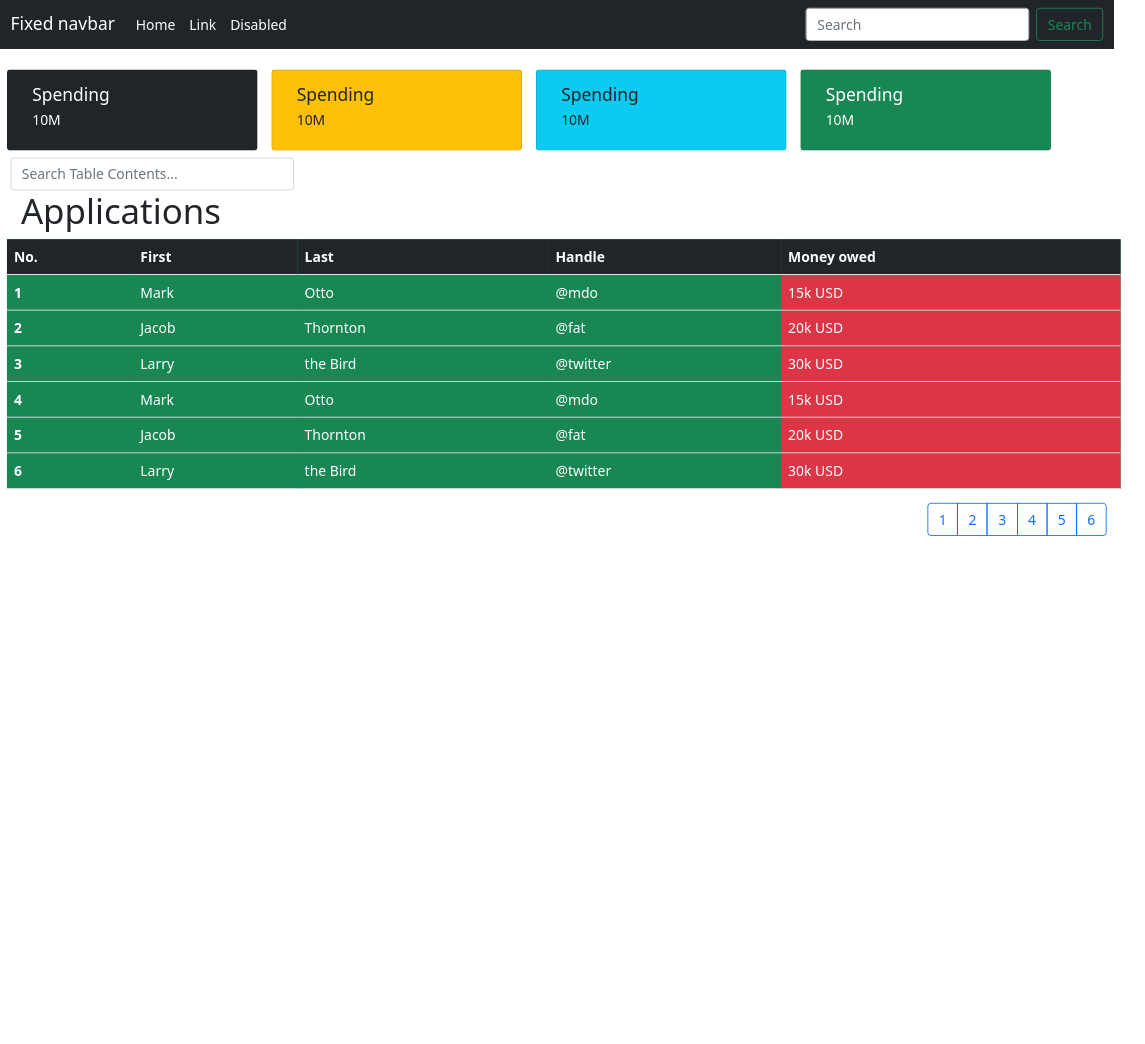
Repository: Dayvid0/BOOTSTRAP-TUTORIALS
Page: BOOTSTRAP-GRID-LAYOUTS/zylo.html
These files come from the project's save history. The page is drawn as it stood at one moment and after the next save; the edit follows.
The browser window is 1280 px wide. The page is 1316 px wide, so the pictures cover 1316 px, including what lies to the right of the window. The pictures show the whole page, at 87% of full size.

Above is the page before, as saved 2025-01-31 17:52:12.

After the next save:
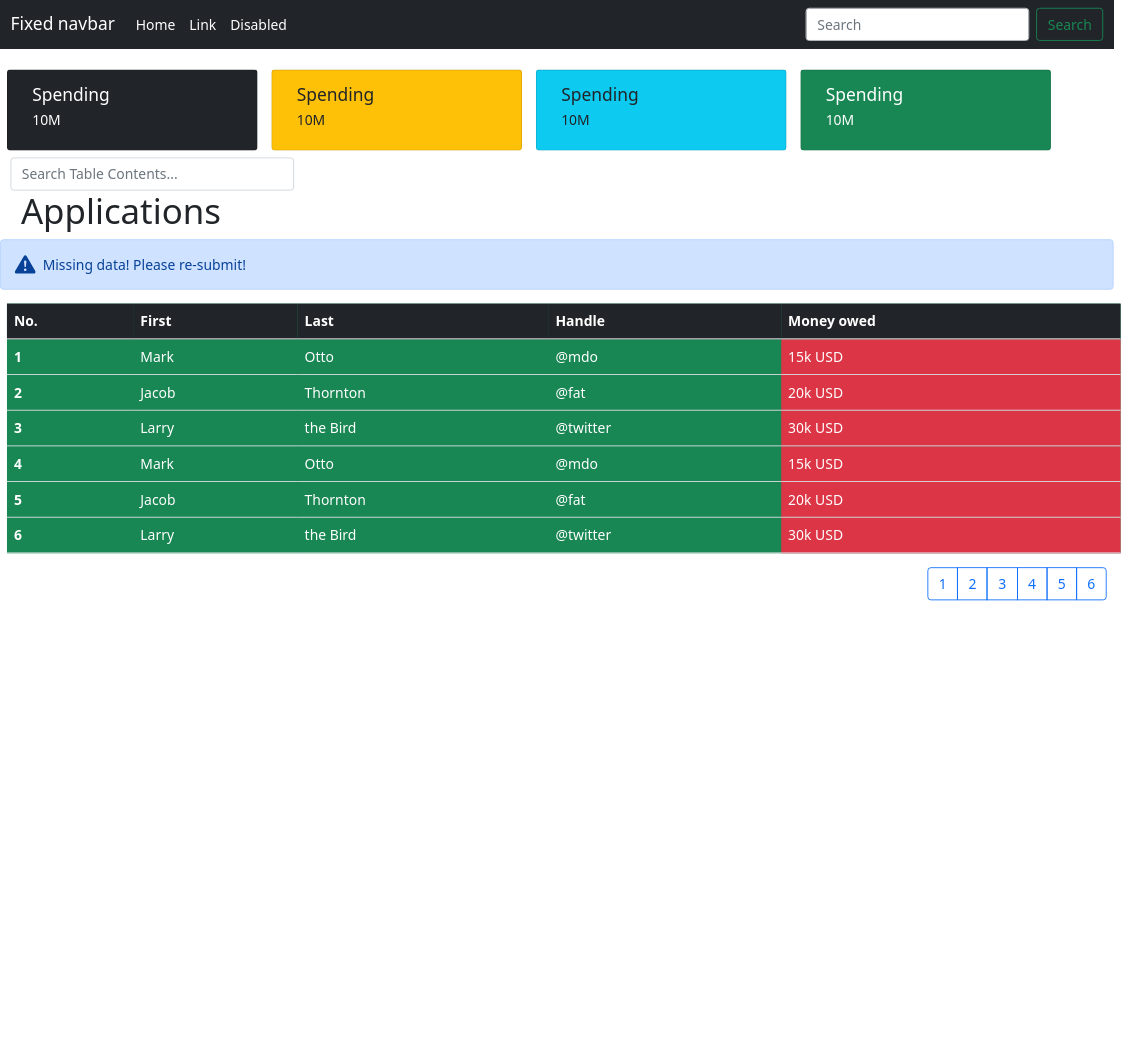
Saved 14 h 39 min later.
--- a/BOOTSTRAP-GRID-LAYOUTS/zylo.html
+++ b/BOOTSTRAP-GRID-LAYOUTS/zylo.html
@@ -72,6 +72,16 @@
         <input class="form-control  mx-4 w-25" type="search" placeholder="Search Table Contents..." aria-label="Search">
         <h1 class="mx-4">Applications</h1>
       </div>
+      <!--Alerts-->
+      <div class="alert alert-primary d-flex align-items-center" role="alert">
+        <svg xmlns="http://www.w3.org/2000/svg" width="24" height="24" fill="currentColor" class="bi bi-exclamation-triangle-fill flex-shrink-0 me-2" viewBox="0 0 16 16" role="img" aria-label="Warning:">
+          <path d="M8.982 1.566a1.13 1.13 0 0 0-1.96 0L.165 13.233c-.457.778.091 1.767.98 1.767h13.713c.889 0 1.438-.99.98-1.767L8.982 1.566zM8 5c.535 0 .954.462.9.995l-.35 3.507a.552.552 0 0 1-1.1 0L7.1 5.995A.905.905 0 0 1 8 5zm.002 6a1 1 0 1 1 0 2 1 1 0 0 1 0-2z"/>
+        </svg>
+        <div>
+          Missing data! Please re-submit!
+        </div>
+      </div>
+      <!--End of alerts-->
     <table class="table table-hover mx-2 bg-success text-white">
       <thead class="bg-dark text-white">
         <tr >
